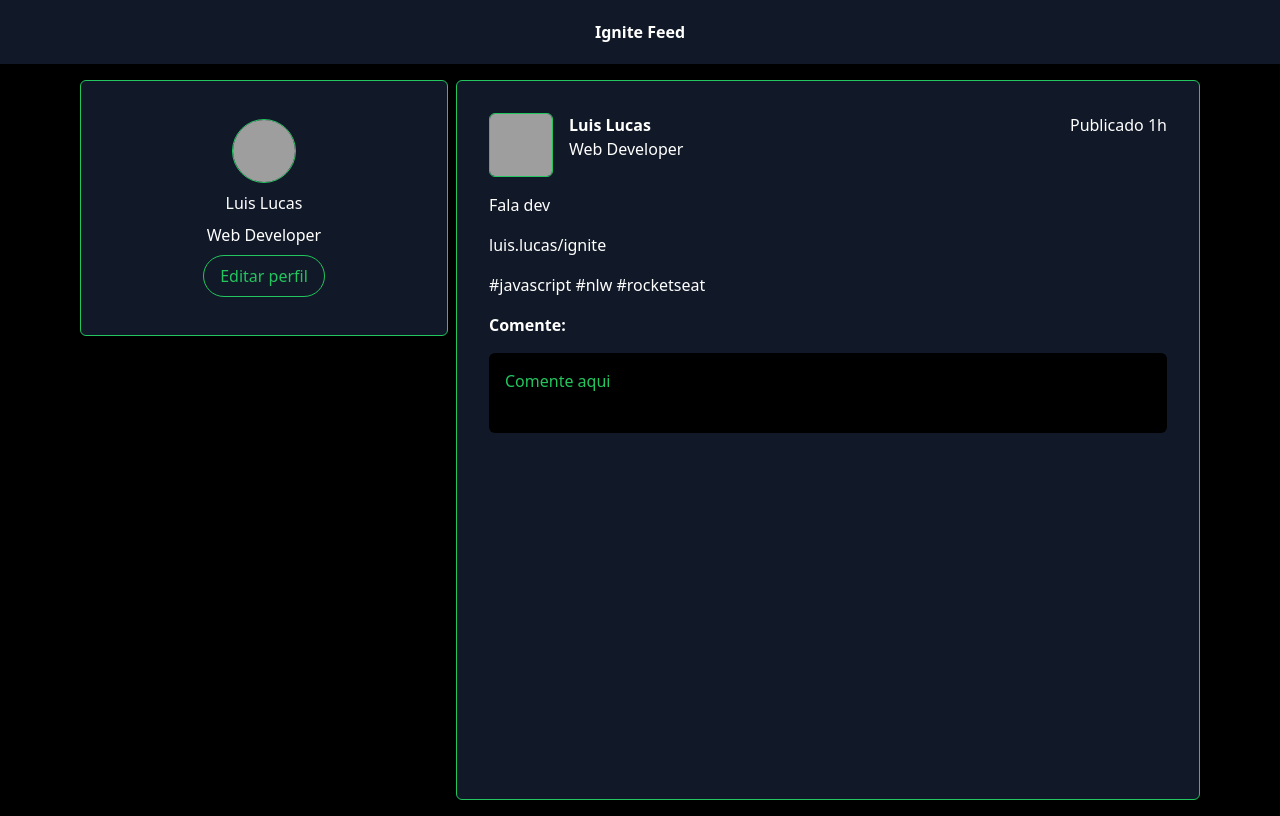
Repository: LuisSempre/ignite-feed
Page: /
The author's editor kept a copy of each file at every save. The page is drawn from the files as they stood at one save, then again after a run of saves.
The browser window is 1280 px wide. The pictures show the whole page.
Pictures or frames that could not be fetched are drawn as grey boxes. The project was rebuilt for these pictures with package versions that can differ from the ones it lists, and the page was loaded fresh each time. Also part of the build but not shown: vite.config.js.

Above is the page before, as saved 2022-07-13 23:59:33.

After the next 2 saves:
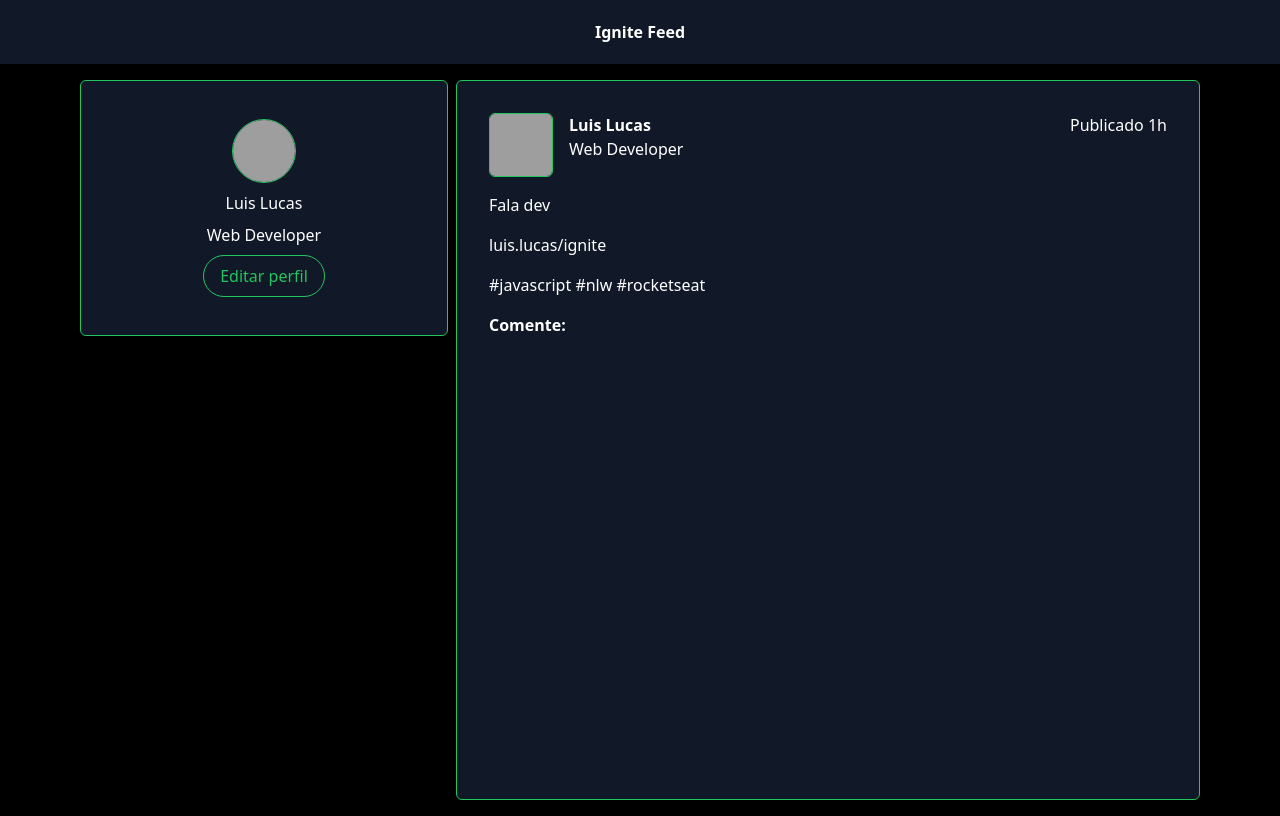
The 2 saves are shown as one change because they came seconds apart.
The last was saved 29 s later.
--- a/src/Components/Post.jsx
+++ b/src/Components/Post.jsx
@@ -25,11 +25,12 @@
 
       <form className="flex flex-col justify-start items-start space-y-4">
         <strong>Comente:</strong>
-        <textarea
-          className="w-full rounded-md bg-black placeholder-green-500 p-4 resize-none focus:-green-500"
-          placeholder="Comente aqui"
-        />
+
         <div className="hidden max-h-0 focus-within:visible">
+          <textarea
+            className="w-full rounded-md bg-black placeholder-green-500 p-4 resize-none focus:-green-500"
+            placeholder="Comente aqui"
+          />
           <button
             type="submit"
             className="border border-green-500 rounded-full px-4 py-2 text-green-500"

After the save that followed:
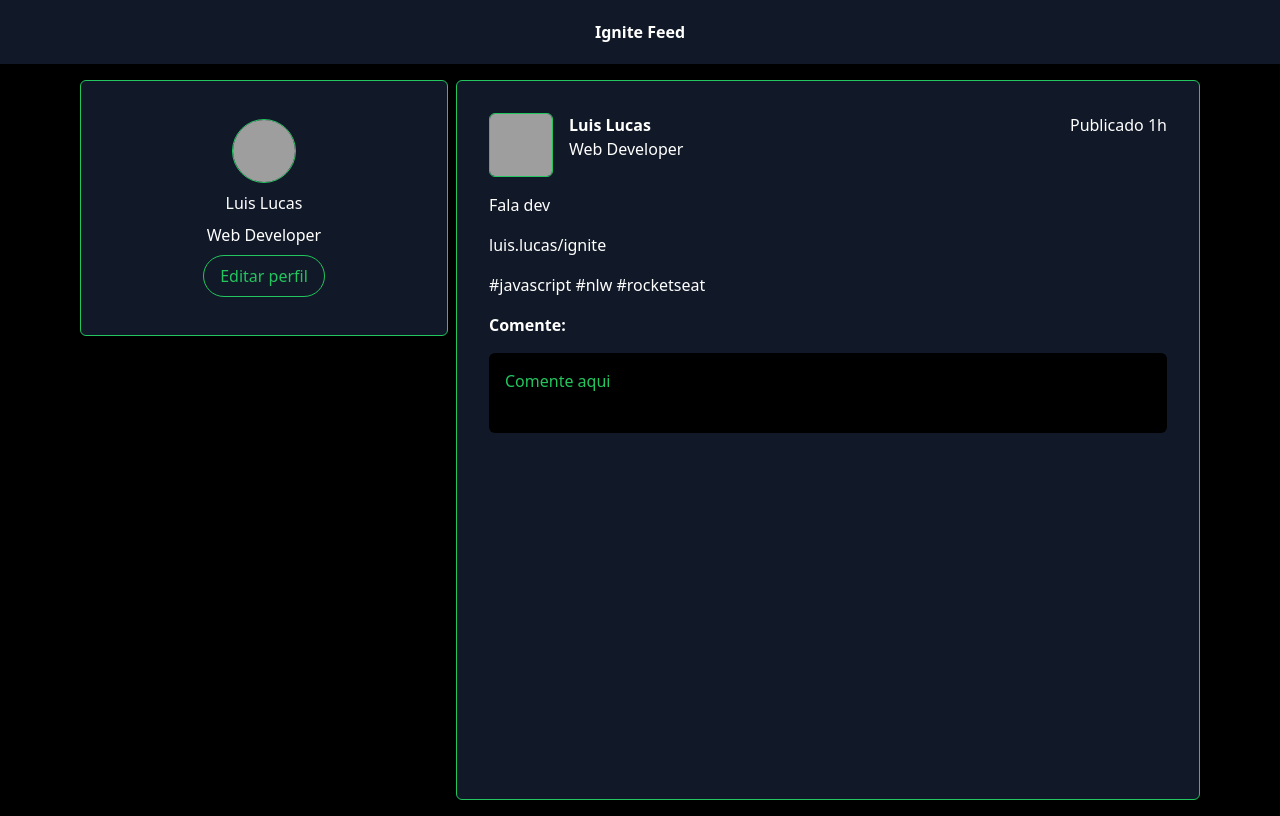
Saved 13 s later.
--- a/src/Components/Post.jsx
+++ b/src/Components/Post.jsx
@@ -25,12 +25,12 @@
 
       <form className="flex flex-col justify-start items-start space-y-4">
         <strong>Comente:</strong>
-
-        <div className="hidden max-h-0 focus-within:visible">
-          <textarea
+        <textarea
             className="w-full rounded-md bg-black placeholder-green-500 p-4 resize-none focus:-green-500"
             placeholder="Comente aqui"
           />
+        <div className="hidden max-h-0 focus-within:visible">
+
           <button
             type="submit"
             className="border border-green-500 rounded-full px-4 py-2 text-green-500"
